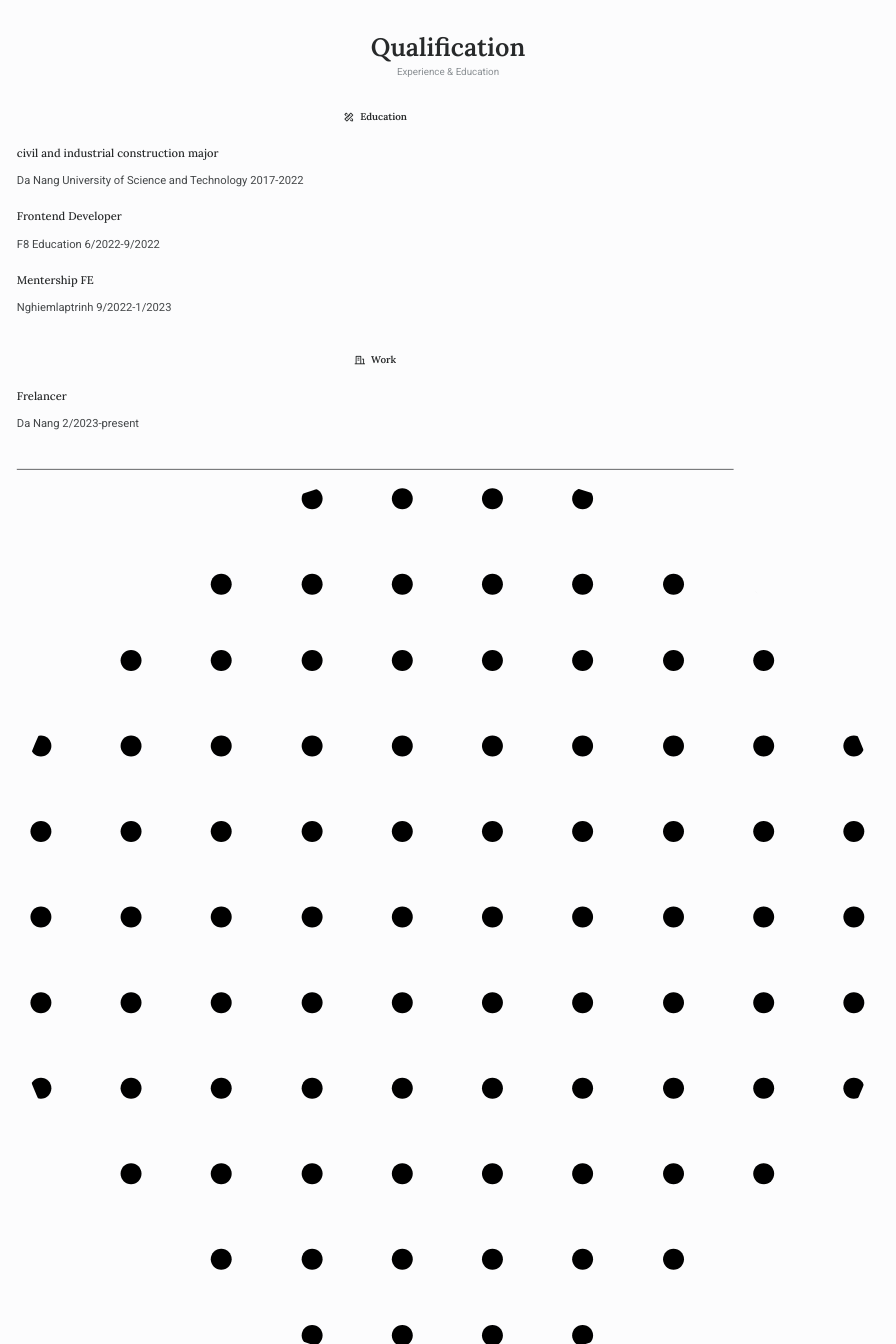
Repository: hnguyeng/myportfoliohongnguyen
Page: index.html
An editor plug-in stored every save of this project. The page is shown before and after the next save, followed by the edit.
The browser window is 1280 px wide. The pictures show the part of the page from y = 3197 to 5117 px (the page is 5432 px tall before and 5484 px after), at 70% of full size.
Some web libraries are served in a nearby version.

Above is the page before, as saved 2023-07-18 16:07:12.

After the next save:
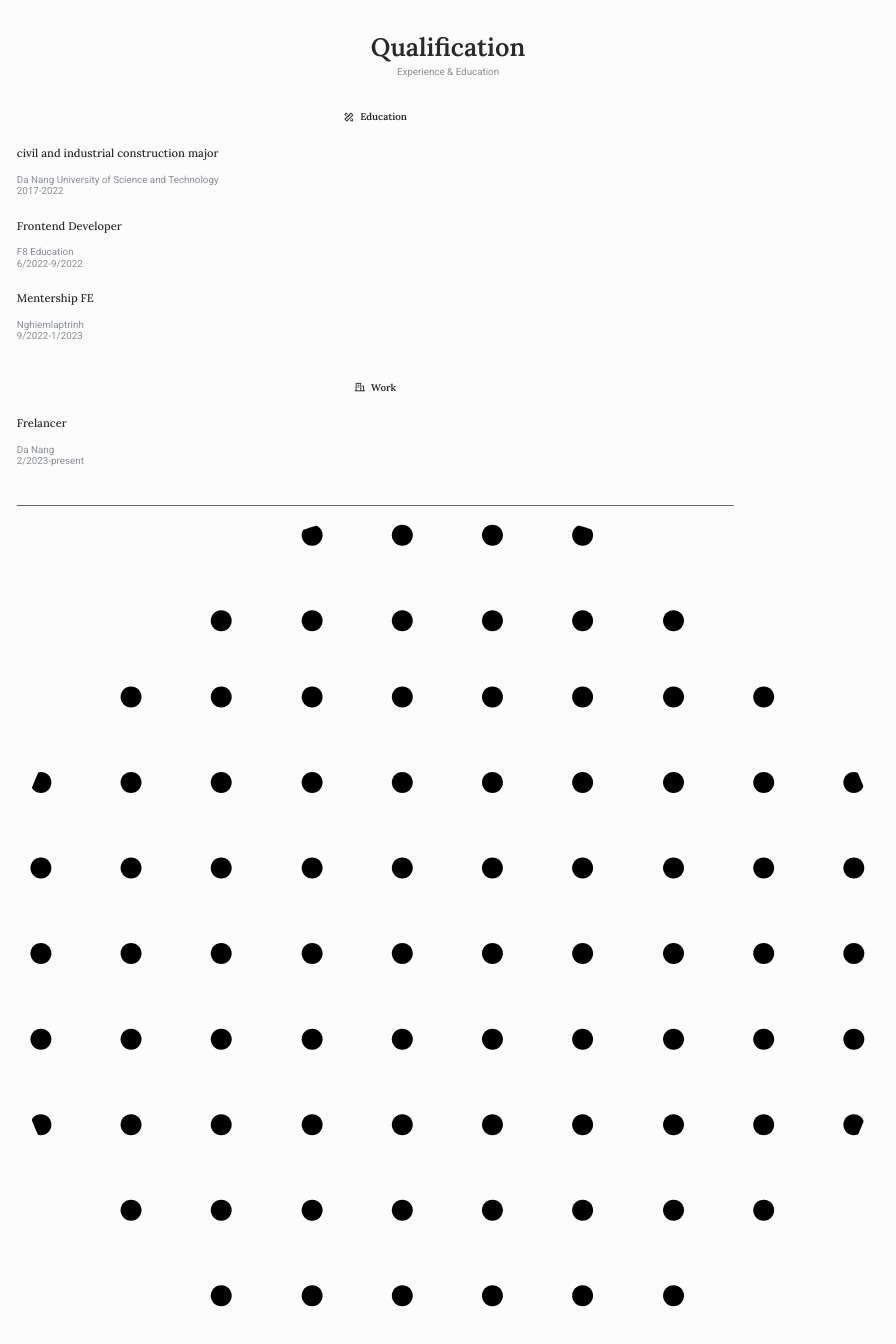
Saved 97 s later.
--- a/assets/css/style.css
+++ b/assets/css/style.css
@@ -379,3 +379,9 @@ img{
     font-size: var(--normal-font-size);
     margin-bottom: 1.25rem;
 }
+.qualification__country,
+.qualification__year{
+    display: block;
+    font-size: var(--small-font-size);
+    color: var(--text-color-light);
+}
